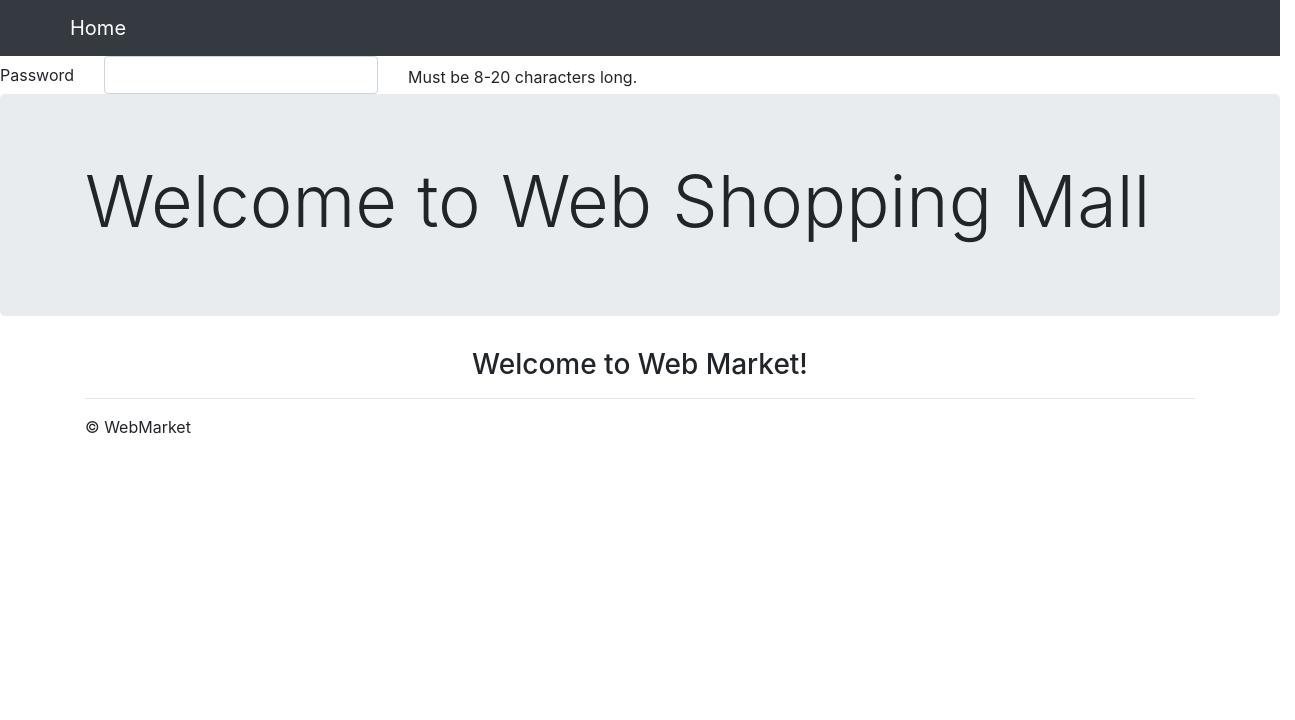
Repository: hodob/JSP_Practice
Page: http://localhost/JSP_WebMarket_JJH/ch02_ex/welcome.jsp
The author's editor kept a copy of each file at every save. The page is drawn from the files as they stood at one save, then again after the next save.
The browser window is 1280 px wide. The page is 1295 px wide, so the pictures cover 1295 px, including what lies to the right of the window. The pictures show the whole page.
The page is served by Tomcat 9. Other server files are loaded and not shown.

Above is the page before, as saved 2022-08-05 06:13:35.

### JSP_WebMarket_JJH/WebContent/ch02_ex/welcome.jsp
<%@ page language="java" contentType="text/html; charset=UTF-8"
	pageEncoding="UTF-8"%>
<!DOCTYPE html>
<html>
<head>
<meta charset="UTF-8">
<link rel="stylesheet" href="https://maxcdn.bootstrapcdn.com/bootstrap/4.0.0/css/bootstrap.min.css">
<title>Welcome</title>
</head>
<body>
	<nav class="navbar navbar-expand  navbar-dark bg-dark">
		<div class="container">
			<div class="navbar-header">
				<a class="navbar-brand" href="./welcome.jsp">Home</a>
			</div>
		</div>
	</nav>
	<%!String greeting = "Welcome to Web Shopping Mall";
	String tagline = "Welcome to Web Market!";%>
	<div class="row g-3 align-items-center">
  <div class="col-auto">
    <label for="inputPassword6" class="col-form-label">Password</label>
  </div>
  <div class="col-auto">
    <input type="password" id="inputPassword6" class="form-control" aria-describedby="passwordHelpInline">
  </div>
  <div class="col-auto">
    <span id="passwordHelpInline" class="form-text">
      Must be 8-20 characters long.
    </span>
  </div>
</div>
	<div class="jumbotron">
		<div class="container">
			<h1 class="display-3">
				<%=greeting%>
			</h1>
		</div>
	</div>
	<div class="container">
		<div class="text-center">
			<h3>
				<%=tagline%>
			</h3>
		</div>
		<hr>
	</div>
	<footer class="container">
		<p>&copy; WebMarket</p>
	</footer>
</body>
</html>

After the next save:
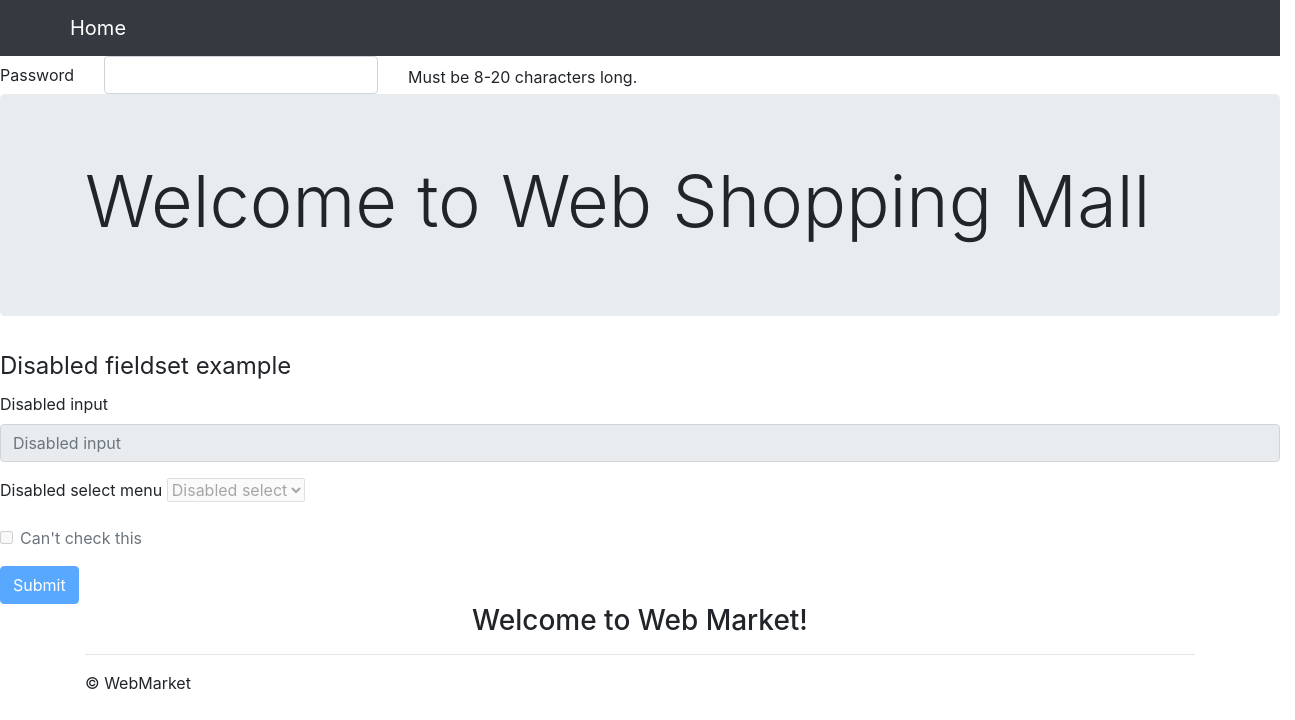
Saved 88 s later.
--- a/JSP_WebMarket_JJH/WebContent/ch02_ex/welcome.jsp
+++ b/JSP_WebMarket_JJH/WebContent/ch02_ex/welcome.jsp
@@ -4,7 +4,8 @@
 <html>
 <head>
 <meta charset="UTF-8">
-<link rel="stylesheet" href="https://maxcdn.bootstrapcdn.com/bootstrap/4.0.0/css/bootstrap.min.css">
+<link rel="stylesheet"
+	href="https://maxcdn.bootstrapcdn.com/bootstrap/4.0.0/css/bootstrap.min.css">
 <title>Welcome</title>
 </head>
 <body>
@@ -17,19 +18,21 @@
 	</nav>
 	<%!String greeting = "Welcome to Web Shopping Mall";
 	String tagline = "Welcome to Web Market!";%>
+	<!--bootstrap  -->
 	<div class="row g-3 align-items-center">
-  <div class="col-auto">
-    <label for="inputPassword6" class="col-form-label">Password</label>
-  </div>
-  <div class="col-auto">
-    <input type="password" id="inputPassword6" class="form-control" aria-describedby="passwordHelpInline">
-  </div>
-  <div class="col-auto">
-    <span id="passwordHelpInline" class="form-text">
-      Must be 8-20 characters long.
-    </span>
-  </div>
-</div>
+		<div class="col-auto">
+			<label for="inputPassword6" class="col-form-label">Password</label>
+		</div>
+		<div class="col-auto">
+			<input type="password" id="inputPassword6" class="form-control"
+				aria-describedby="passwordHelpInline">
+		</div>
+		<div class="col-auto">
+			<span id="passwordHelpInline" class="form-text"> Must be 8-20
+				characters long. </span>
+		</div>
+	</div>
+	<!-- boot end -->
 	<div class="jumbotron">
 		<div class="container">
 			<h1 class="display-3">
@@ -37,6 +40,32 @@
 			</h1>
 		</div>
 	</div>
+	<!-- booot -->
+	<form>
+  <fieldset disabled>
+    <legend>Disabled fieldset example</legend>
+    <div class="mb-3">
+      <label for="disabledTextInput" class="form-label">Disabled input</label>
+      <input type="text" id="disabledTextInput" class="form-control" placeholder="Disabled input">
+    </div>
+    <div class="mb-3">
+      <label for="disabledSelect" class="form-label">Disabled select menu</label>
+      <select id="disabledSelect" class="form-select">
+        <option>Disabled select</option>
+      </select>
+    </div>
+    <div class="mb-3">
+      <div class="form-check">
+        <input class="form-check-input" type="checkbox" id="disabledFieldsetCheck" disabled>
+        <label class="form-check-label" for="disabledFieldsetCheck">
+          Can't check this
+        </label>
+      </div>
+    </div>
+    <button type="submit" class="btn btn-primary">Submit</button>
+  </fieldset>
+</form>
+	<!-- boot end -->
 	<div class="container">
 		<div class="text-center">
 			<h3>
